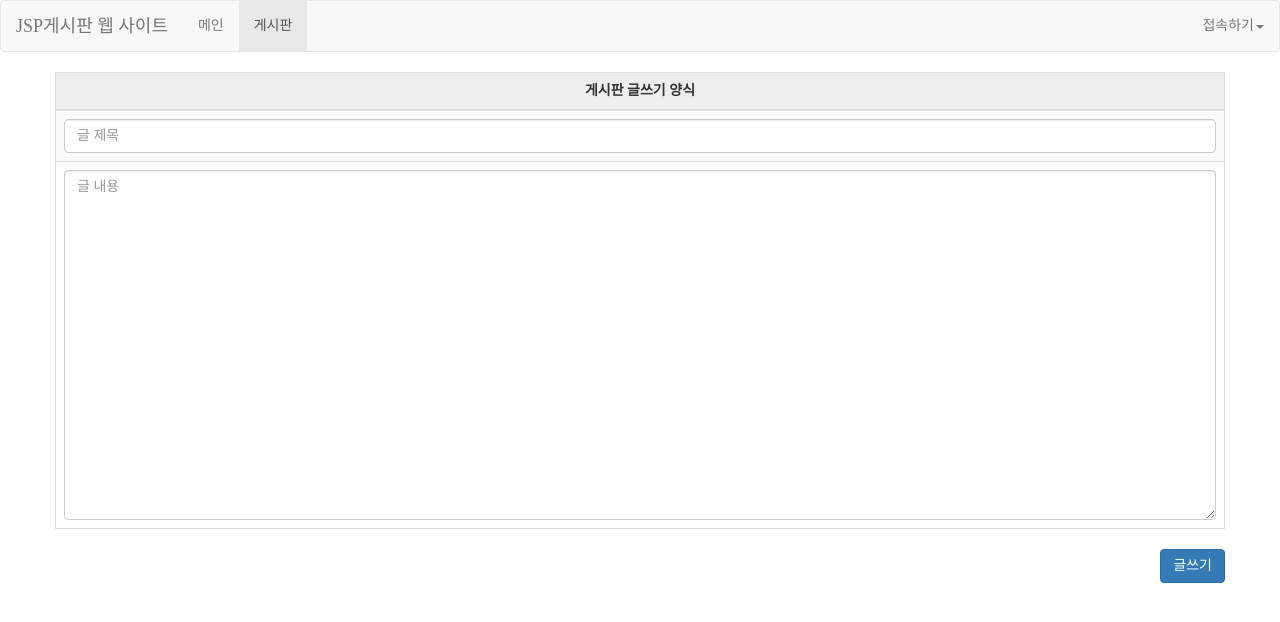
Repository: endol007/TripPuzzle
Page: http://localhost/BBS/write.jsp
The author's editor kept a copy of each file at every save. The page is drawn from the files as they stood at one save, then again after the next save.
The browser window is 1280 px wide. The pictures show the whole page.
Some web fonts or font styles are not loaded; a fallback is used. Some web libraries are served in a nearby version. The page is served by Tomcat 9.

Above is the page before, as saved 2019-08-21 14:35:56.

After the next save:
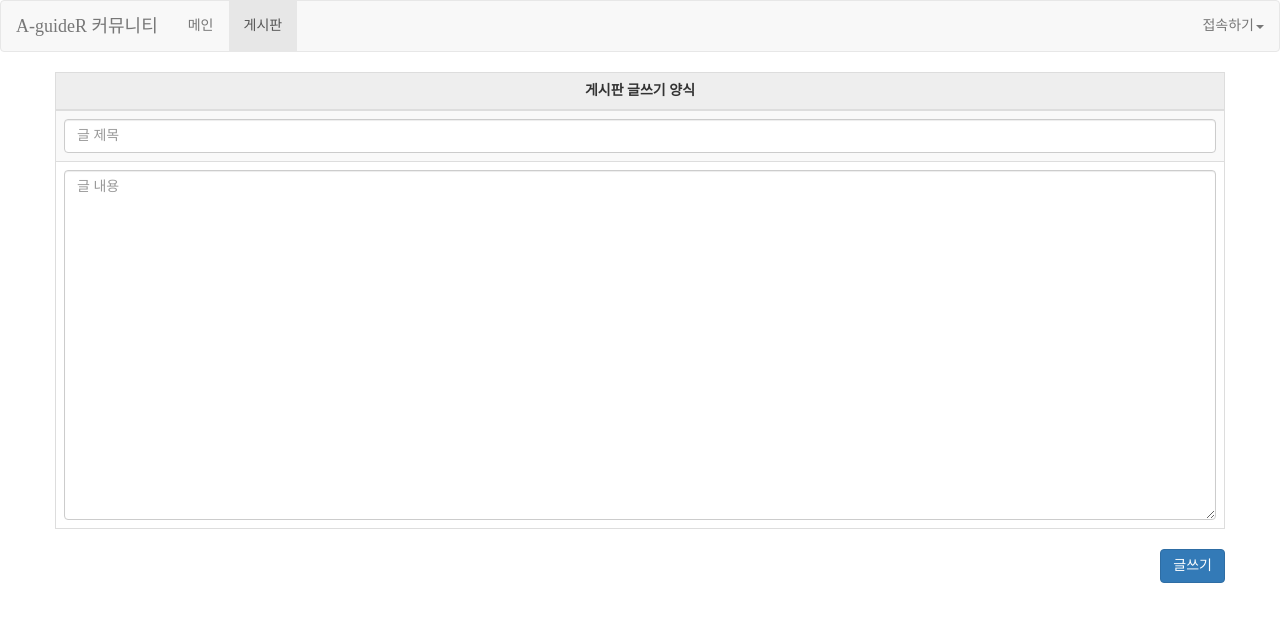
Saved 5 s later.
--- a/Yun/JSP 커뮤니티/Project/BBS/WebContent/write.jsp
+++ b/Yun/JSP 커뮤니티/Project/BBS/WebContent/write.jsp
@@ -27,7 +27,7 @@
 <span class="icon-bar"></span>
 <span class="icon-bar"></span>
 </button>
-<a class="navbar-brand" href="main.jsp">JSP게시판 웹 사이트</a>
+<a class="navbar-brand" href="main.jsp">A-guideR 커뮤니티</a>
 </div>
 <div class="collapse navbar-collapse" id="bs-example-navbar-collapse-1">
 <ul class="nav navbar-nav">
